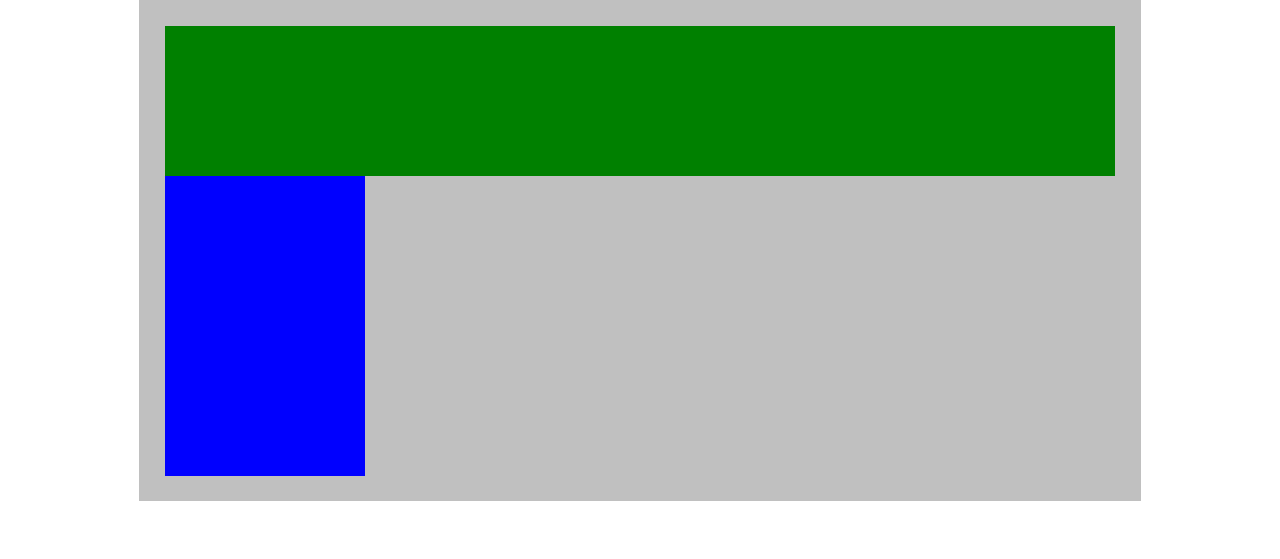
Repository: Fredy452/Fundamentos_de_la_Web
Page: Trabajos/Bloques/index.html
An editor plug-in stored every save of this project. The page is shown before and after the next save, followed by the edit.
The browser window is 1280 px wide. The pictures show the whole page.

Above is the page before, as saved 2023-06-16 16:27:46.

After the next save:
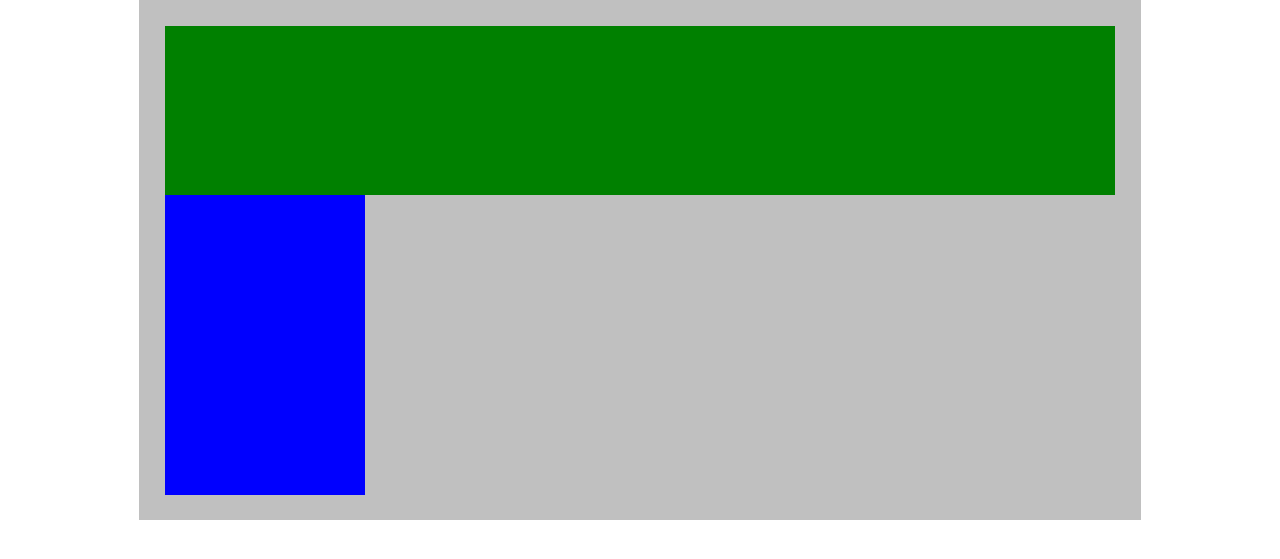
Saved 31 s later.
--- a/Trabajos/Bloques/style.css
+++ b/Trabajos/Bloques/style.css
@@ -12,6 +12,7 @@
 .top-nav{
     height: 150px;
     background-color: green;
+    padding-bottom: 2%;
 }
 .side-nav{
     height: 300px;
